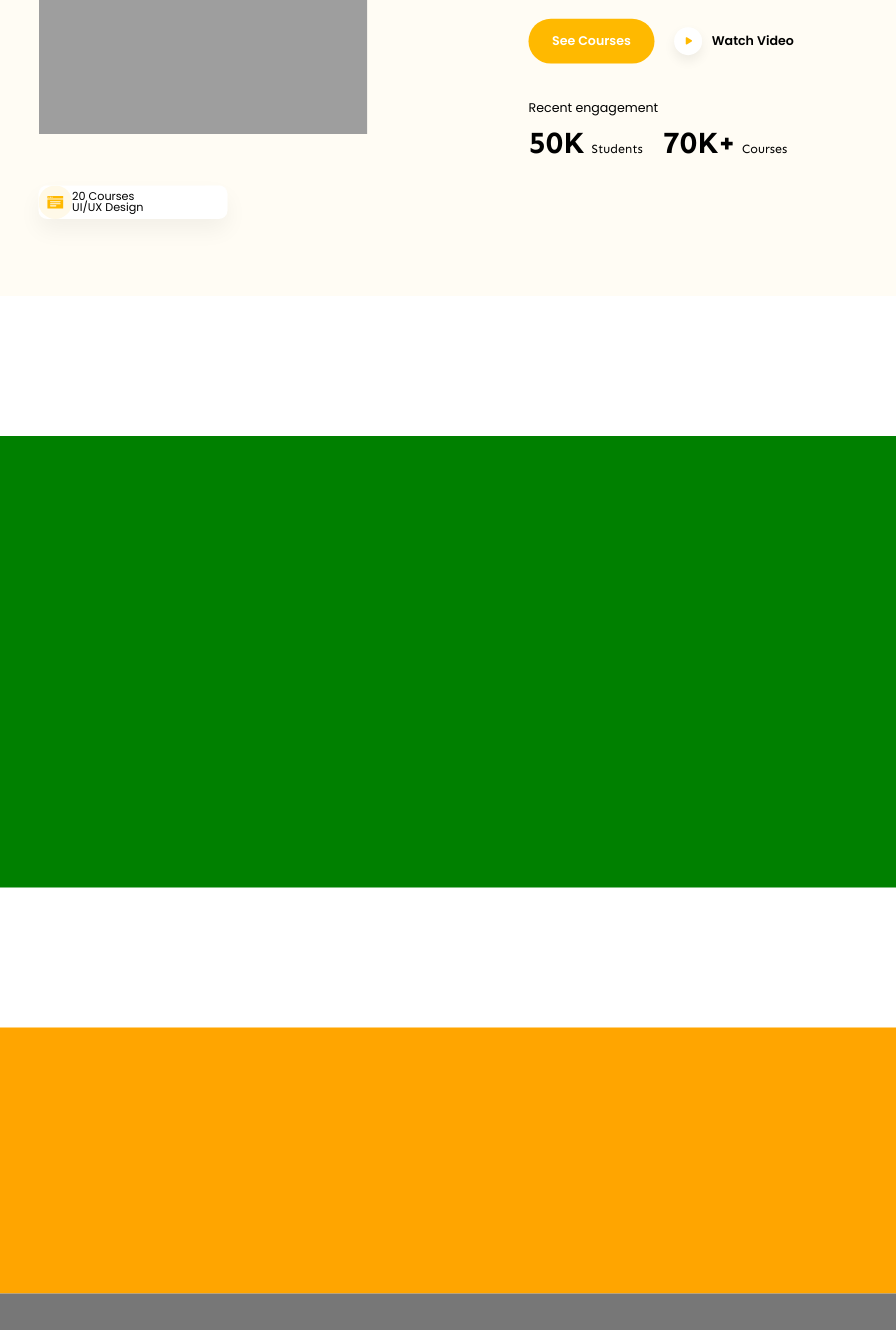
Repository: kauittt/LTWEB
Page: index.html
The author's editor kept a copy of each file at every save. The page is drawn from the files as they stood at one save, then again after the next save.
The browser window is 1280 px wide. The pictures show the part of the page from y = 477 to 2377 px (the page is 4909 px tall), at 70% of full size.
Pictures or frames that could not be fetched are drawn as grey boxes.

Above is the page before, as saved 2023-01-18 13:49:54.

### index.html
<!DOCTYPE html>
<html lang="en">
    <head>
        <meta charset="UTF-8" />
        <meta http-equiv="X-UA-Compatible" content="IE=edge" />
        <meta name="viewport" content="width=device-width, initial-scale=1.0" />
        <title>F8-PROJECT-02</title>
        <!--* favicon  -->
        <link rel="icon" type="image/x-icon" href="./assets/img/f8-icon.png" />
        <!--* font awesome -->
        <link
            rel="stylesheet"
            href="https://cdnjs.cloudflare.com/ajax/libs/font-awesome/6.2.1/css/all.min.css"
        />
        <link rel="preconnect" href="https://cdnjs.cloudflare.com" />
        <!--* css -->
        <link rel="stylesheet" href="./assets/css/reset.css" />
        <link rel="stylesheet" href="./assets/font/stylesheet.css" />
        <link rel="stylesheet" href="./assets/css/styles.css" />
    </head>
    <body>
        <div id="container">
            <div id="header">
                <div class="content header-wrap">
                    <nav class="header-nav">
                        <img src="./assets/img/logo.svg" alt="Lesson." />

                        <div class="header-nav-list">
                            <div
                                class="header-nav-list__item header-nav-list__item--selected"
                            >
                                Home
                            </div>
                            <div class="header-nav-list__item">Courses</div>
                            <div class="header-nav-list__item">Pricing</div>
                            <div class="header-nav-list__item">Reviews</div>
                        </div>

                        <div class="btn header-nav-btn">Sign Up</div>
                    </nav>

                    <div class="header-hero">
                        <div class="header-hero-img">
                            <img
                                src="https://plus.unsplash.com/premium_photo-1668383776856-618354131aa0?ixlib=rb-4.0.3&ixid=MnwxMjA3fDB8MHxwaG90by1wYWdlfHx8fGVufDB8fHx8&auto=format&fit=crop&w=1887&q=80"
                                alt="Avatar"
                                class="header-hero-img__item"
                            />

                            <div class="header-hero-img-infor">
                                <div class="header-hero-img-infor-item">
                                    <img
                                        src="./assets/img/header/item1.svg"
                                        alt="Desgin"
                                    />

                                    <div
                                        class="header-hero-img-infor-item-desc"
                                    >
                                        <p
                                            class="header-hero-img-infor-item-desc__quantity"
                                        >
                                            20 Courses
                                        </p>
                                        <p
                                            class="header-hero-img-infor-item-desc__name"
                                        >
                                            UI/UX Design
                                        </p>
                                    </div>
                                </div>
                            </div>
                        </div>

                        <div class="header-hero-content">
                            <p class="sen header-hero-content__heading">
                                Learn without limits and spread knowledge.
                            </p>

                            <p class="header-hero-content__desc">
                                Build new skills for that “this is my year”
                                feeling with courses, certificates, and degrees
                                from world-class universities and companies.
                            </p>

                            <div class="header-hero-content-link">
                                <div class="btn header-hero-content-link__btn">
                                    See Courses
                                </div>
                                <div class="header-hero-content-link__video">
                                    <!-- <img
                                        src="./assets/img/header/play.svg"
                                        alt="play"
                                    /> -->
                                    <i class="fa-solid fa-play"></i>
                                    Watch Video
                                </div>
                            </div>

                            <p class="header-hero-content__more">
                                Recent engagement
                            </p>

                            <div class="header-hero-content-data">
                                <p class="sen header-hero-content-data__item">
                                    <span class="number">50K</span>Students
                                </p>

                                <p class="sen header-hero-content-data__item">
                                    <span class="number">70K+</span>Courses
                                </p>
                            </div>
                        </div>
                    </div>
                </div>
            </div>

            <div id="courses">
                <div class="content courses-wrap"></div>
            </div>

            <div id="testi">
                <content class="content testi-wrap"> </content>
            </div>

            <div id="features">
                <div class="content features-wrap"></div>
            </div>

            <div id="cta">
                <div class="content cta-wrap"></div>
            </div>

            <div id="blog">
                <div class="content blog-wrap"></div>
            </div>

            <div id="footer">
                <div class="content footer-wrap"></div>
            </div>
        </div>
    </body>
</html>

### assets/font/stylesheet.css
/*! Sen */
@font-face {
    font-family: "Sen";
    src: url("Sen/Sen-Regular.woff2") format("woff2"),
        url("Sen/Sen-Regular.woff") format("woff");
    font-weight: normal;
    font-style: normal;
    font-display: swap;
}

@font-face {
    font-family: "Sen";
    src: url("Sen/Sen-ExtraBold.woff2") format("woff2"),
        url("Sen/Sen-ExtraBold.woff") format("woff");
    font-weight: bold;
    font-style: normal;
    font-display: swap;
}

@font-face {
    font-family: "Sen";
    src: url("Sen/Sen-Bold.woff2") format("woff2"),
        url("Sen/Sen-Bold.woff") format("woff");
    font-weight: bold;
    font-style: normal;
    font-display: swap;
}
/*! sen  */

/*! Poppins */
@font-face {
    font-family: "Poppins";
    src: url("Poppins/Poppins-ExtraBoldItalic.woff2") format("woff2"),
        url("Poppins/Poppins-ExtraBoldItalic.woff") format("woff");
    font-weight: bold;
    font-style: italic;
    font-display: swap;
}

@font-face {
    font-family: "Poppins";
    src: url("Poppins/Poppins-ExtraBold.woff2") format("woff2"),
        url("Poppins/Poppins-ExtraBold.woff") format("woff");
    font-weight: bold;
    font-style: normal;
    font-display: swap;
}

@font-face {
    font-family: "Poppins";
    src: url("Poppins/Poppins-BlackItalic.woff2") format("woff2"),
        url("Poppins/Poppins-BlackItalic.woff") format("woff");
    font-weight: 900;
    font-style: italic;
    font-display: swap;
}

@font-face {
    font-family: "Poppins";
    src: url("Poppins/Poppins-BoldItalic.woff2") format("woff2"),
        url("Poppins/Poppins-BoldItalic.woff") format("woff");
    font-weight: bold;
    font-style: italic;
    font-display: swap;
}

@font-face {
    font-family: "Poppins";
    src: url("Poppins/Poppins-Bold.woff2") format("woff2"),
        url("Poppins/Poppins-Bold.woff") format("woff");
    font-weight: bold;
    font-style: normal;
    font-display: swap;
}

@font-face {
    font-family: "Poppins";
    src: url("Poppins/Poppins-Black.woff2") format("woff2"),
        url("Poppins/Poppins-Black.woff") format("woff");
    font-weight: 900;
    font-style: normal;
    font-display: swap;
}

@font-face {
    font-family: "Poppins";
    src: url("Poppins/Poppins-ExtraLight.woff2") format("woff2"),
        url("Poppins/Poppins-ExtraLight.woff") format("woff");
    font-weight: 200;
    font-style: normal;
    font-display: swap;
}

@font-face {
    font-family: "Poppins";
    src: url("Poppins/Poppins-ExtraLightItalic.woff2") format("woff2"),
        url("Poppins/Poppins-ExtraLightItalic.woff") format("woff");
    font-weight: 200;
    font-style: italic;
    font-display: swap;
}

@font-face {
    font-family: "Poppins";
    src: url("Poppins/Poppins-Italic.woff2") format("woff2"),
        url("Poppins/Poppins-Italic.woff") format("woff");
    font-weight: normal;
    font-style: italic;
    font-display: swap;
}

@font-face {
    font-family: "Poppins";
    src: url("Poppins/Poppins-Light.woff2") format("woff2"),
        url("Poppins/Poppins-Light.woff") format("woff");
    font-weight: 300;
    font-style: normal;
    font-display: swap;
}

@font-face {
    font-family: "Poppins";
    src: url("Poppins/Poppins-LightItalic.woff2") format("woff2"),
        url("Poppins/Poppins-LightItalic.woff") format("woff");
    font-weight: 300;
    font-style: italic;
    font-display: swap;
}

@font-face {
    font-family: "Poppins";
    src: url("Poppins/Poppins-Medium.woff2") format("woff2"),
        url("Poppins/Poppins-Medium.woff") format("woff");
    font-weight: 500;
    font-style: normal;
    font-display: swap;
}

@font-face {
    font-family: "Poppins";
    src: url("Poppins/Poppins-MediumItalic.woff2") format("woff2"),
        url("Poppins/Poppins-MediumItalic.woff") format("woff");
    font-weight: 500;
    font-style: italic;
    font-display: swap;
}

@font-face {
    font-family: "Poppins";
    src: url("Poppins/Poppins-Regular.woff2") format("woff2"),
        url("Poppins/Poppins-Regular.woff") format("woff");
    font-weight: normal;
    font-style: normal;
    font-display: swap;
}

@font-face {
    font-family: "Poppins";
    src: url("Poppins/Poppins-SemiBold.woff2") format("woff2"),
        url("Poppins/Poppins-SemiBold.woff") format("woff");
    font-weight: 600;
    font-style: normal;
    font-display: swap;
}

@font-face {
    font-family: "Poppins";
    src: url("Poppins/Poppins-SemiBoldItalic.woff2") format("woff2"),
        url("Poppins/Poppins-SemiBoldItalic.woff") format("woff");
    font-weight: 600;
    font-style: italic;
    font-display: swap;
}

@font-face {
    font-family: "Poppins";
    src: url("Poppins/Poppins-Thin.woff2") format("woff2"),
        url("Poppins/Poppins-Thin.woff") format("woff");
    font-weight: 100;
    font-style: normal;
    font-display: swap;
}

@font-face {
    font-family: "Poppins";
    src: url("Poppins/Poppins-ThinItalic.woff2") format("woff2"),
        url("Poppins/Poppins-ThinItalic.woff") format("woff");
    font-weight: 100;
    font-style: italic;
    font-display: swap;
}
/*! Poppins */

### assets/css/styles.css
* {
    box-sizing: border-box;
}

html {
    font-size: 62.5%;
}

body {
    font-size: 1.6rem;
    font-weight: 400;
    font-family: "Poppins", sans-serif;
}

/*! COMMON */
.sen {
    font-family: "Sen", sans-serif;
}

.content {
    width: 1170px;
    max-width: calc(100% - 48px);
    margin-left: auto;
    margin-right: auto;
}

:root {
    --bg-color: #fffcf4;
    --primary-color: #ffb900;
    --text-normal: #5f5b53;
    --text-bold: #171100;
}

.btn {
    min-width: 118px;
    padding: 17px 27px;
    text-align: center;
    font-weight: 600;
    background-color: var(--text-bold);
    color: #ffffff;
    border-radius: 25px;
}

#container {
    display: flex;
    flex-direction: column;
}

/*! HERO */
#header {
    height: 900px;
    background: var(--bg-color);
}

.header-wrap {
}

.header-nav {
    display: flex;
    justify-content: space-between;
    align-items: center;
    margin-top: 36px;
}

.header-nav-list {
    display: flex;
    column-gap: 42px;
    margin-right: -473px;
}

.header-nav-list__item {
    font-weight: 400;
    font-size: 1.6rem;
    line-height: 1.75;
    color: var(--text-normal);
}

.header-nav-list__item--selected {
    color: var(--text-bold);
    font-weight: 600;
}

.header-nav-btn {
    font-weight: 600;
    font-size: 1.6rem;
    padding: 17px 41.25px;
}

.header-hero {
    display: flex;
    justify-content: space-between;
    margin-top: 64px;
}

.header-hero-img {
    width: 40.17%;
    position: relative;
}

.header-hero-img__item {
    width: 100%;
    height: 685px;
    object-fit: contain;
    border-radius: 20px;
}

.header-hero-img-infor {
    min-width: 270px;
    position: absolute;
    bottom: 48px;
    background-color: #fff;
    box-shadow: 0px 16px 32px rgba(0, 0, 0, 0.05);
    border-radius: 12px;
}

.header-hero-img-infor-item {
    display: flex;
    align-items: center;
}

.header-hero-img-infor-item-desc {
}

.header-hero-img-infor-item-desc__quantity {
}

.header-hero-img-infor-item-desc__name {
}

.header-hero-content {
    width: 40.17%;
}

.header-hero-content__heading {
    font-weight: 700;
    font-size: 5.8rem;
    line-height: 1.17;
    letter-spacing: -0.02em;
}

.header-hero-content__desc {
    font-weight: 400;
    font-size: 1.8rem;
    line-height: 1.67;
    color: var(--text-normal);
    margin-top: 22px;
    margin-bottom: 38px;
}

.header-hero-content-link {
    display: flex;
    align-items: center;
}

.header-hero-content-link__btn {
    margin-right: 28px;
    padding: 17px 33.5px;
    background-color: var(--primary-color);
    border-radius: 32px;
}

.header-hero-content-link__video,
.header-hero-content-link__btn {
    font-weight: 600;
    font-size: 1.8rem;
    line-height: 1.67;
}

.header-hero-content-link__video {
    display: flex;
    align-items: center;
    position: relative;
}

.header-hero-content-link__video i {
    /* line-height: 72px; */
    width: 40px;
    height: 40px;
    background: white;
    border-radius: 50%;
    box-shadow: 0px 8px 16px rgba(0, 0, 0, 0.07);
    color: var(--primary-color);
    margin-right: 14px;
}

.fa-play:before {
    position: absolute;
    top: 50%;
    transform: translate(17px, -50%);
    font-size: 12px;
}

.header-hero-content__more {
    font-weight: 400;
    font-size: 1.8rem;
    line-height: 1.67;
    margin-top: 48px;
    margin-bottom: 8px;
}

.header-hero-content-data {
    display: flex;
}

.header-hero-content-data__item {
    font-weight: 400;
    font-size: 1.8rem;
    line-height: 1.67;
    margin-right: 28px;
}

.header-hero-content-data__item .number {
    font-weight: 700;
    font-size: 4.4rem;
    line-height: 1.23;
    margin-right: 10px;
}

/*! COURSES */
#courses {
    height: 645px;
    margin-top: 200px;
    margin-bottom: 200px;
    background: green;
}

.courses-wrap {
}

/*! TESTI */
#testi {
    height: 380px;
    background: orange;
}

.testi-wrap {
}

/*! FEATURES */
#features {
    height: 438px;
    background: #777;
}

.features-wrap {
}

/*! CTA */
#cta {
    height: 440px;
    margin-top: 200px;
    margin-bottom: 200px;
    background: #999;
}

.cta-wrap {
}

/*! BLOG */
#blog {
    height: 878px;
    background: #ccc;
}

.blog-wrap {
}

/*! FOOTER */
#footer {
    height: 428px;
    background: #666;
}

.footer-wrap {
}

Loaded but not shown: assets/css/reset.css (common file)

After the next save:
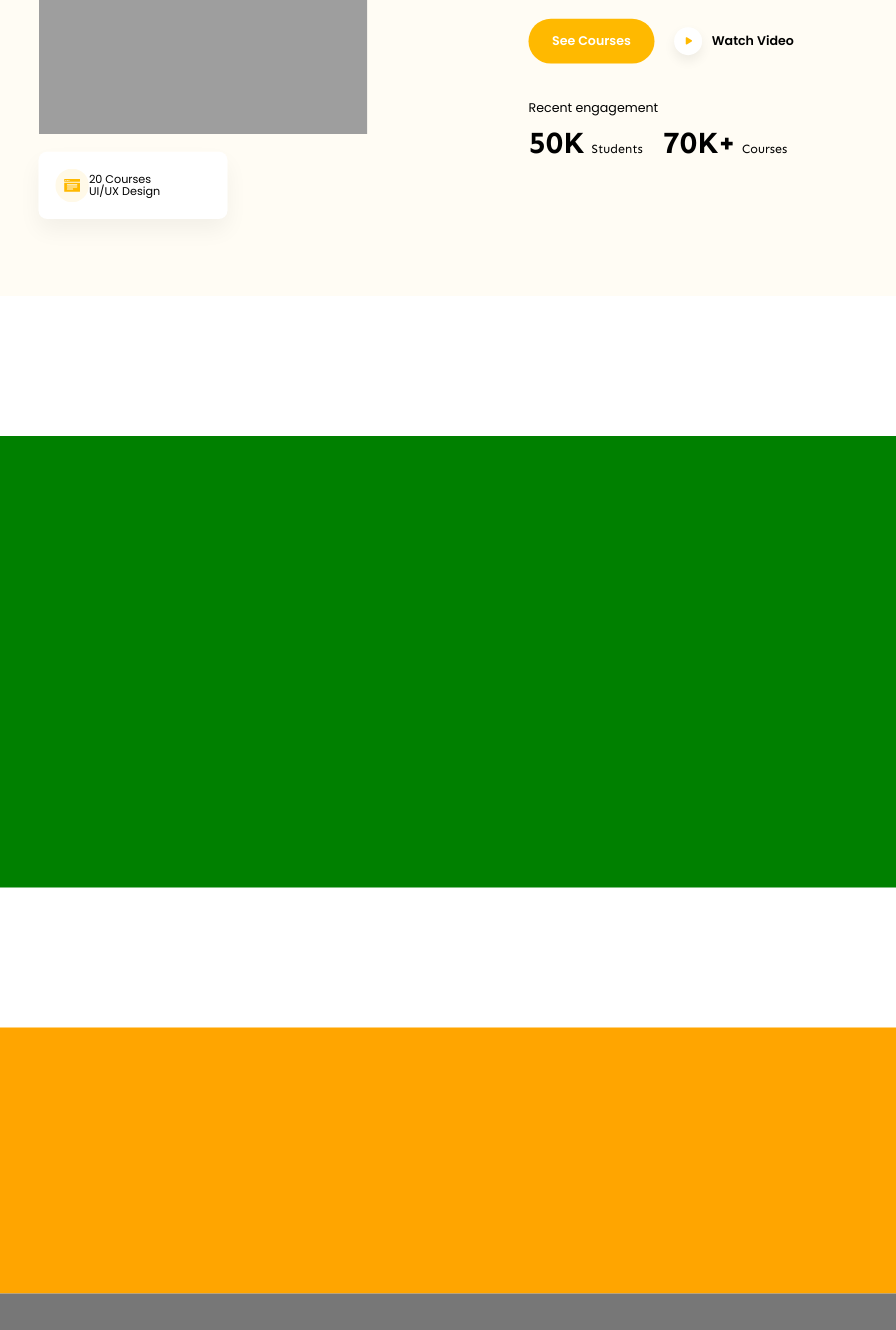
Saved 5 s later.
--- a/assets/css/styles.css
+++ b/assets/css/styles.css
@@ -106,6 +106,7 @@ body {
 
 .header-hero-img-infor {
     min-width: 270px;
+    padding: 24px;
     position: absolute;
     bottom: 48px;
     background-color: #fff;
